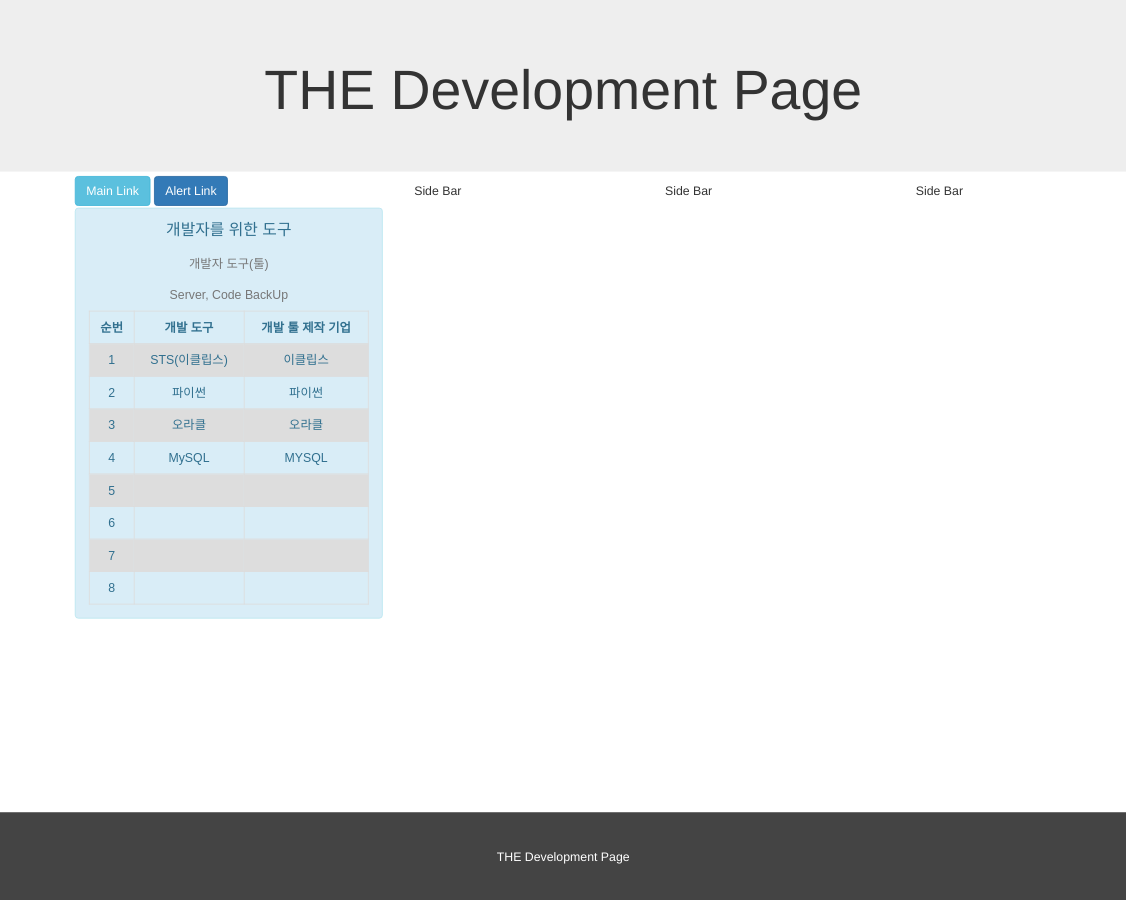
Repository: as2019a/spring
Page: http://localhost/ch19_project_mavenwebsite/WEB-INF/views/development.jsp
The author's editor kept a copy of each file at every save. The page is drawn from the files as they stood at one save, then again after the next save.
The browser window is 1280 px wide. The pictures show the whole page, at 88% of full size.
Some web libraries are served in a nearby version. The page is served by Tomcat 9. Nobody is signed in. The template is opened directly, without the code that normally fills it, so the values that code supplies are empty.

Above is the page before, as saved 2019-01-30 07:41:46.

After the next save:
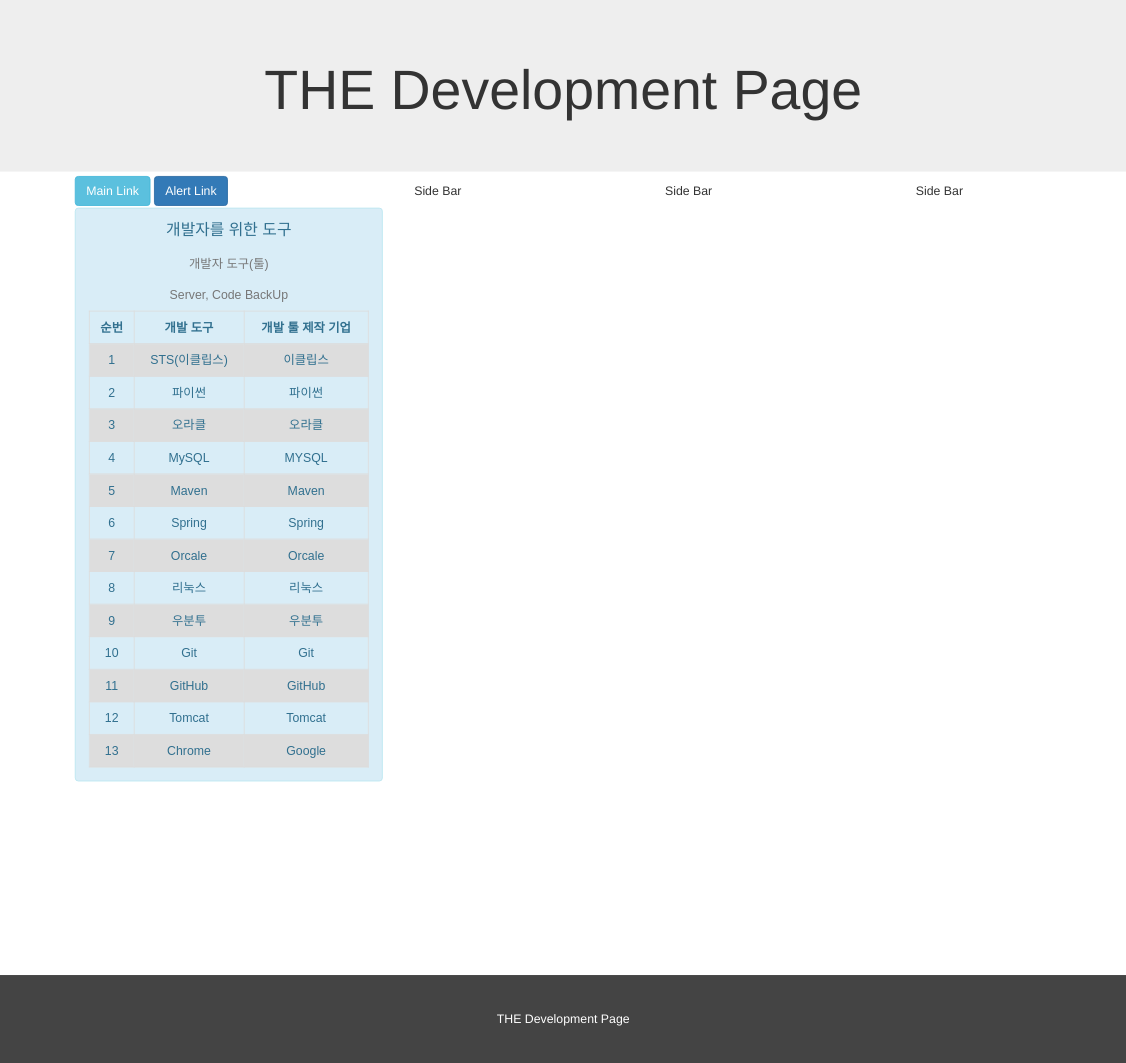
Saved 2 min 44 s later.
--- a/ch19_project_mavenwebsite/src/main/webapp/WEB-INF/views/development.jsp
+++ b/ch19_project_mavenwebsite/src/main/webapp/WEB-INF/views/development.jsp
@@ -116,23 +116,48 @@
 	    					</tr>
 	    					<tr>
 	    						<td>5</td>
-	    						<td></td>
-	    						<td></td>
+	    						<td>Maven</td>
+	    						<td>Maven</td>
 	    					</tr>
 	    					<tr>
 	    						<td>6</td>
-	    						<td></td>
-	    						<td></td>
+	    						<td>Spring</td>
+	    						<td>Spring</td>
 	    					</tr>
 	    					<tr>
 	    						<td>7</td>
-	    						<td></td>
-	    						<td></td>
+	    						<td>Orcale</td>
+	    						<td>Orcale</td>
 	    					</tr>
 	    					<tr>
 	    						<td>8</td>
-	    						<td></td>
-	    						<td></td>
+	    						<td>리눅스</td>
+	    						<td>리눅스</td>
+	    					</tr>
+	    					<tr>
+	    						<td>9</td>
+	    						<td>우분투</td>
+	    						<td>우분투</td>
+	    					</tr>
+	    					<tr>
+	    						<td>10</td>
+	    						<td>Git</td>
+	    						<td>Git</td>
+	    					</tr>
+	    					<tr>
+	    						<td>11</td>
+	    						<td>GitHub</td>
+	    						<td>GitHub</td>
+	    					</tr>
+	    					<tr>
+	    						<td>12</td>
+	    						<td>Tomcat</td>
+	    						<td>Tomcat</td>
+	    					</tr>
+	    					<tr>
+	    						<td>13</td>
+	    						<td>Chrome</td>
+	    						<td>Google</td>
 	    					</tr>
 	    				</thead>
 
